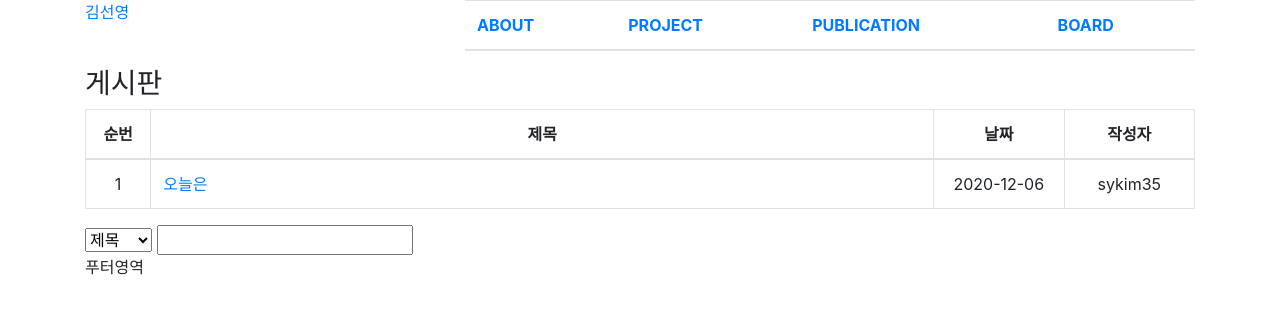
Repository: supremest35/web-projects
Page: http://localhost/noticeboard/board/list.jsp?pno=1
An editor plug-in stored every save of this project. The page is shown before and after the next save, followed by the edit.
The browser window is 1280 px wide. The pictures show the whole page.
The page is served by Tomcat 9.

Above is the page before, as saved 2020-12-06 04:04:00.

After the next save:
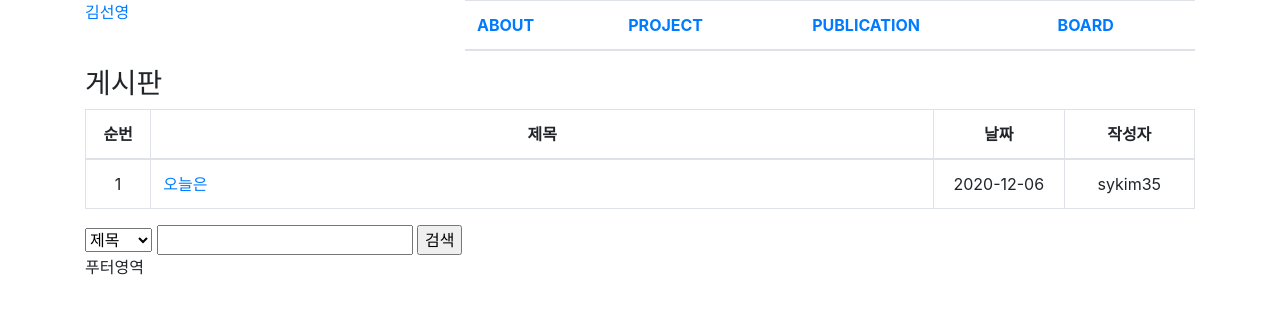
Saved 73 s later.
--- a/noticeboard/WebContent/board/list.jsp
+++ b/noticeboard/WebContent/board/list.jsp
@@ -56,11 +56,14 @@
 			</div>
 		</div>
 		<div class="col-12">
-			<select name="searchType">
-				<option value="제목">제목</option>
-				<option value="작성자">작성자</option>
-			</select>
-			<input type="text" name="keyword" />
+			<form action="">
+				<select name="searchType">
+					<option value="제목">제목</option>
+					<option value="작성자">작성자</option>
+				</select>
+				<input type="text" name="keyword" />
+				<input type="submit" value="검색" />
+			</form>
 		</div>
 	</div>
 	<div class="row">
